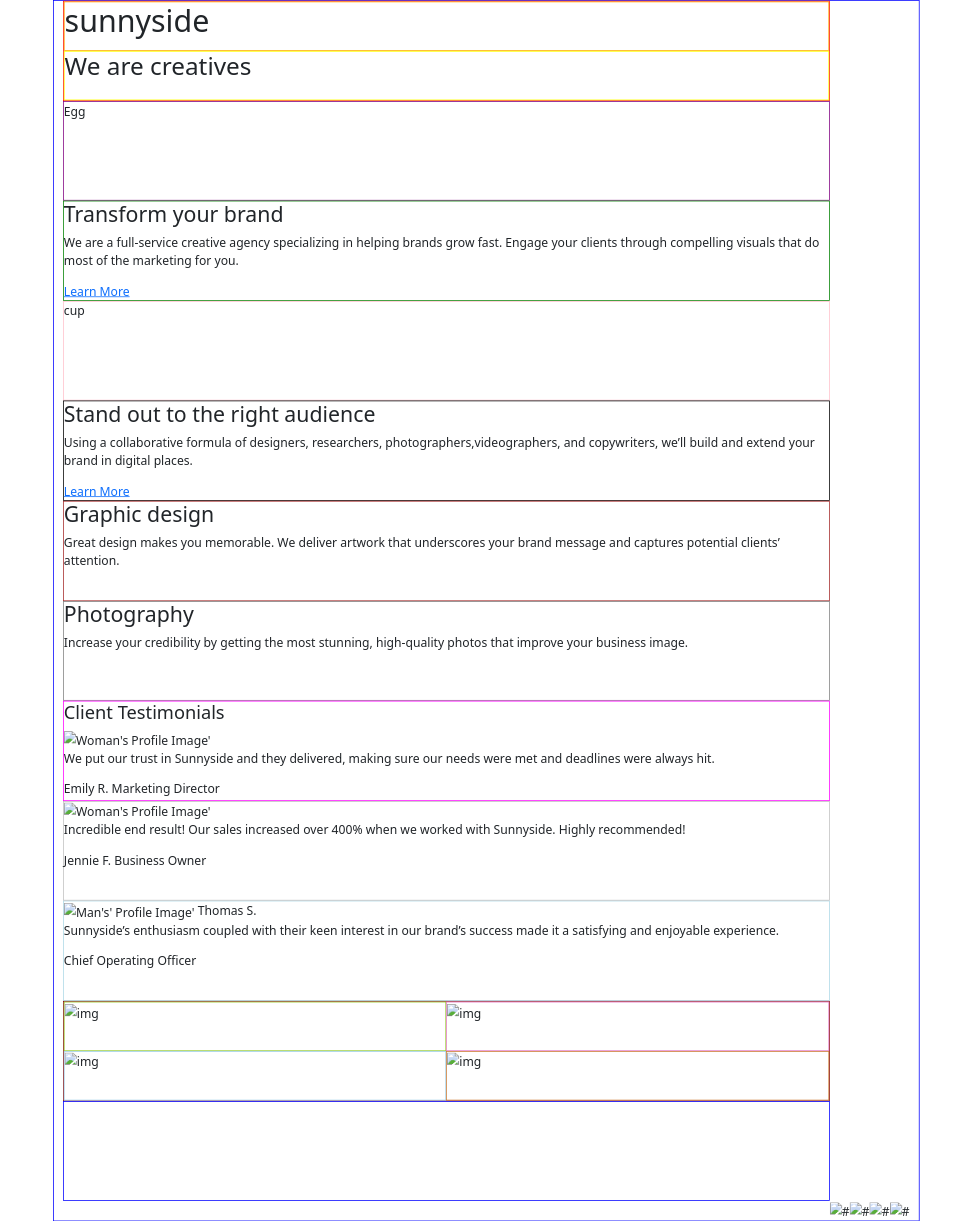
Repository: Roshanell/Sunny-Side-Agency
Page: index.html
An editor plug-in stored every save of this project. The page is shown before and after a run of saves, followed by the edit.
The browser window is 1280 px wide. The pictures show the whole page, at 76% of full size.

Above is the page before, as saved 2022-07-01 12:54:01.

### index.html
<!doctype html>
<html lang="en">

  <head>
    <meta charset="utf-8">
    <meta name="viewport" content="width=device-width, initial-scale=1">
    <title>Sunny Side Agency</title>
    <link href="https://cdn.jsdelivr.net/npm/bootstrap@5.2.0-beta1/dist/css/bootstrap.min.css" rel="stylesheet"
      integrity="sha384-0evHe/X+R7YkIZDRvuzKMRqM+OrBnVFBL6DOitfPri4tjfHxaWutUpFmBp4vmVor" crossorigin="anonymous">
    <link href="https://fonts.googleapis.com/icon?family=Material+Icons" rel="stylesheet">
    <link rel="stylesheet" href="css/style.css">
  </head>

  <body>
    <div class="container">
      <div class="homePage">
        <div class="header">
          <h1>sunnyside</h1>
        </div>
        <div class="homeContent">
          <h2>We are creatives</h2>
        </div>
      </div>

      <div class="eggArea">
        <p>Egg</p>
      </div>

      <div class="aboutUsInfo">
        <h3>
          Transform your brand
        </h3>
        <p>We are a full-service creative agency specializing in helping brands grow fast. Engage your clients through
          compelling visuals that do most of the marketing for you. </p>
        <span><a href="#">Learn More</a></span>
      </div>

      <div class="cupImage">
        <p>cup</p>
      </div>

      <div class="standOutInfo">
        <h3>Stand out to the right audience</h3>
        <p> Using a collaborative formula of designers, researchers,
          photographers,videographers, and copywriters, we’ll build and extend your brand in digital places. </p>

        <span><a href="#">Learn More</a></span>
      </div>
      <div class="graphicDesign">
        <h3> Graphic design</h3>
        <p>
          Great design makes you memorable. We deliver artwork that underscores your brand message and captures
          potential clients’ attention.
          <!-- background img with words overlay -->
        </p>
      </div>
      <div class="orangeImage">
        <h3>Photography</h3>
        <p> Increase your credibility by getting the most stunning, high-quality photos that improve your business
          image. </p>
        <!-- background img with words overlay -->
      </div>
      <div class="testimonialOne">
        <h4>Client Testimonials</h4>
        <img src="#" alt="Woman's Profile Image'">
        <p>We put our trust in Sunnyside and they delivered, making sure our needs were met and deadlines were always
          hit.</p>
        <span>Emily R.</span>
        <span>Marketing Director</span>
      </div>
      <div class="testimonialThree">
        <img src="#" alt="Man's' Profile Image'">
        <span>Thomas S.</span>
        <p>Sunnyside’s enthusiasm coupled with their keen interest in our brand’s success made it a satisfying and
          enjoyable experience.</p>
        <span>Chief Operating Officer</span>
      </div>
      <div class="testimonialTwo">
        <img src="#" alt="Woman's Profile Image'">
        <p>Incredible end result! Our sales increased over 400% when we worked with Sunnyside. Highly recommended!</p>
        <span>Jennie F.</span>
        <span>Business Owner</span>
      </div>
      <div class="fourImgs">
        <div class="imgOne">
          <img src="#" alt="img">
        </div>
        <div class="imgTwo">
          <img src="#" alt="img">
        </div>
        <div class="imgThree">
          <img src="#" alt="img">
        </div>
        <div class="imgFour">
          <img src="#" alt="img">
        </div>
      </div>

      <div class="footer">
        <!-- <h1>sunnyside</h1>
        <span>About</span>
        <span>ser</span>
        <span>About</span> -->
      </div>
      <div class="logo">
        <div class="fbIcon">
          <img src="#" alt="#">
        </div>
        <div class="igIcon">
          <img src="#" alt="#">
        </div>
        <div class="twitterIcon">
          <img src="#" alt="#">
        </div>
        <div class="pinterest">
          <img src="#" alt="#">
        </div>
      </div>
    </div>




    <!-- Home
Profile
About
Contacts
  -->




    <script src="https://cdn.jsdelivr.net/npm/bootstrap@5.2.0-beta1/dist/js/bootstrap.bundle.min.js"
      integrity="sha384-pprn3073KE6tl6bjs2QrFaJGz5/SUsLqktiwsUTF55Jfv3qYSDhgCecCxMW52nD2" crossorigin="anonymous"
      type="text/javascript" src="js/main.js">


      </script>

  </body>

</html>

### css/style.css
/* Box Model Hack */
* {
  -moz-box-sizing: border-box;
}

/* Clear fix hack */
.clearfix:after {
  content: ".";
  display: block;
  clear: both;
  visibility: hidden;
  line-height: 0;
  height: 0;
}

.clear {
  clear: both;
}

/******************************************
/* BASE STYLES
/*******************************************/

body {
}

/******************************************
/* LAYOUT
/*******************************************/
.container {
  border: solid 1px blue;
  display: grid;
  grid-template-columns: 1fr;
  grid-template-rows: 1fr 1fr 1fr 1fr 1fr 1fr 1fr 1fr 1fr 1fr 1fr 1fr;
  gap: 0px 0px;
  grid-auto-flow: column dense;
  grid-template-areas:
    "homePage"
    "eggArea"
    "aboutUsInfo"
    "cupImage"
    "standOutInfo"
    "graphicDesign"
    "orangeImage"
    "testimonialOne"
    "testimonialTwo"
    "testimonialThree"
    "fourImgs"
    "footer";
}

.homePage {
  border: solid 1px red;
  display: grid;
  grid-template-columns: 1fr;
  grid-template-rows: 1fr 1fr;
  gap: 0px 0px;
  grid-auto-flow: row;
  grid-template-areas:
    "header"
    "homeContent";
  grid-area: homePage;
}

.header {
  border: solid 1px orange;
  grid-area: header;
}

.homeContent {
  border: solid 1px yellow;
  grid-area: homeContent;
}

.eggArea {
  border: solid 1px purple;
  grid-area: eggArea;
}

.aboutUsInfo {
  border: solid 1px green;
  grid-area: aboutUsInfo;
}

.cupImage {
  border: solid 1px pink;
  grid-area: cupImage;
}

.standOutInfo {
  border: solid 1px black;
  grid-area: standOutInfo;
}

.graphicDesign {
  border: solid 1px brown;
  grid-area: graphicDesign;
}

.orangeImage {
  border: solid 1px gray;
  grid-area: orangeImage;
}

.testimonialOne {
  border: solid 1px fuchsia;
  grid-area: testimonialOne;
}

.testimonialThree {
  border: solid 1px lightblue;
  grid-area: testimonialThree;
}

.testimonialTwo {
  border: solid 1px silver;
  grid-area: testimonialTwo;
}

.fourImgs {
  border: solid 1px maroon;
  display: grid;
  grid-template-columns: 1fr 1fr;
  grid-template-rows: 1fr 1fr;
  gap: 0px 0px;
  grid-template-areas:
    "imgOne imgThree"
    "imgTwo imgFour";
  grid-area: fourImgs;
}

.imgOne {
  border: solid 1px yellowgreen;
}
.imgTwo {
  border: solid 1px rgb(228, 122, 199);
}
.imgThree {
  border: solid 1px rgb(158, 207, 232);
}
.imgFour {
  border: solid 1px rgb(205, 122, 50);
}

.footer {
  border: solid 1px blue;
  display: grid;
  grid-auto-flow: column dense;
  grid-template-columns: 1fr 1fr 1fr;
  grid-template-rows: 1fr 1fr 1fr;
  gap: 0px 0px;
  grid-template-areas:
    ". logoName ."
    "about services projects"
    ". logo .";
  grid-area: footer;
}
.logoName {
  grid-area: logoName;
}
.about {
  grid-area: about;
}
.services {
  display: grid;
  grid-template-columns: 1fr 1fr 1fr;
  grid-template-rows: 1fr 1fr 1fr;
  gap: 0px 0px;
  grid-area: services;
}
.projects {
  grid-area: projects;
}
.logo {
  display: grid;
  grid-template-columns: 1fr 1fr 1fr 1fr;
  grid-template-rows: 1fr;
  gap: 0px 0px;
  grid-template-areas:
  "fbIcon igIcon twitterIcon pinterest";
  grid-area: logo;
}

/* .fbIcon{
    border: solid 1px silver;
    grid-area: fbIcon;
}
.igIcon{
  border: solid 1px red;
  grid-area: fbIcon;
}
.twitterIcon{
  border: solid 1px midnightblue;
  grid-area: twitterIcon;
}
.pinterest{
  border: solid 1px plum;
  grid-area: pinterest;
}  */

/******************************************
/* ADDITIONAL STYLES
/*******************************************/

After the next 2 saves:
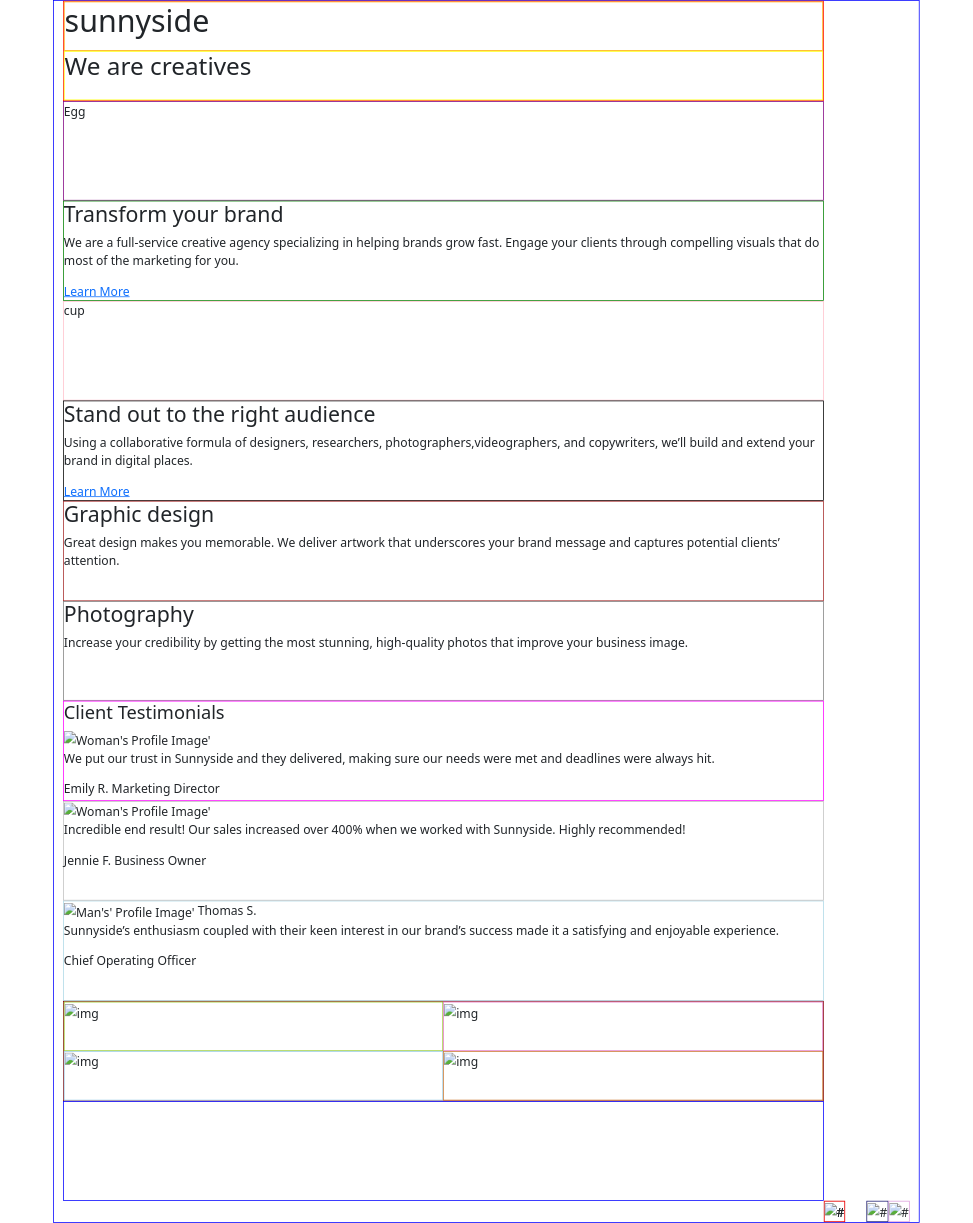
The 2 saves are shown as one change because they came seconds apart.
The last was saved 33 s later.
--- a/css/style.css
+++ b/css/style.css
@@ -176,27 +176,26 @@ body {
   grid-template-columns: 1fr 1fr 1fr 1fr;
   grid-template-rows: 1fr;
   gap: 0px 0px;
-  grid-template-areas:
-  "fbIcon igIcon twitterIcon pinterest";
+  grid-template-areas: "fbIcon igIcon twitterIcon pinterest";
   grid-area: logo;
 }
 
-/* .fbIcon{
-    border: solid 1px silver;
-    grid-area: fbIcon;
-}
-.igIcon{
+.fbIcon {
+  border: solid 1px silver;
+  grid-area: fbIcon;
+}
+.igIcon {
   border: solid 1px red;
   grid-area: fbIcon;
 }
-.twitterIcon{
+.twitterIcon {
   border: solid 1px midnightblue;
   grid-area: twitterIcon;
 }
-.pinterest{
+.pinterest {
   border: solid 1px plum;
   grid-area: pinterest;
-}  */
+}
 
 /******************************************
 /* ADDITIONAL STYLES
